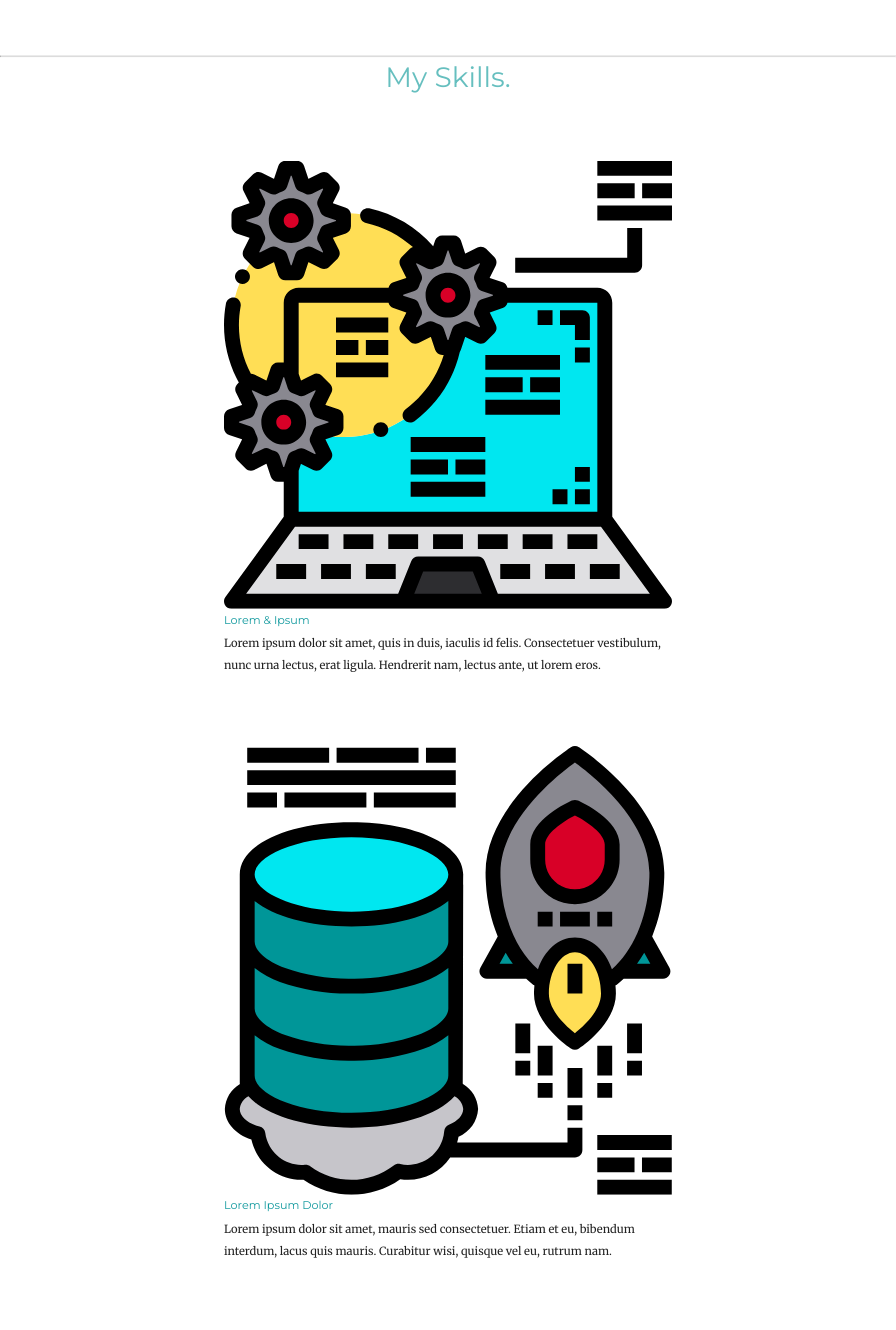
Repository: Isanderr/simple_landing_page-1
Page: index.html
These files come from the project's save history. The page is drawn as it stood at one moment and after the next save; the edit follows.
The browser window is 1280 px wide. The pictures show the part of the page from y = 914 to 2814 px (the page is 2949 px tall before and 2309 px after), at 70% of full size.
A picture or video elsewhere on the page could not be fetched, so the positions and the page height are approximate.

Above is the page before, as saved 2019-01-31 22:51:47.

### index.html
<!DOCTYPE html>
<html lang="en">

    <head>
        <meta charset="UTF-8">
        <meta name="viewport" content="width=device-width, initial-scale=1.0">
        <meta http-equiv="X-UA-Compatible" content="ie=edge">
        <title>CendrowskiL</title>
        <link rel="stylesheet" href="css/reset.css">
        <link rel="stylesheet" href="css/styles.css">
        <link rel="shortcut icon" href="img/favicon.ico" type="image/x-icon">
        <link href="https://fonts.googleapis.com/css?family=Merriweather|Montserrat|Sacramento" rel="stylesheet">
    </head>

    <body>
    </body>
    <div class="top-container">
        <img class="top-cloud" src="img/cloud.png" alt="cloud-image">
        <h1>I'm Luke</h1>
        <h2>a <span class="pro">pro</span>grammer.</h2>
        <img class="bottom-cloud" src="img/cloud.png" alt="cloud-image">
        <img src="img/mountain.png" alt="mountain-image">
    </div>
    <div class="middle-container">
        <div class="profile">
            <img src="img/man.svg" alt="man" class="man-img">
            <h2>Hello.</h2>
            <p>Lorem ipsum dolor sit amet, vitae volutpat, dui conubia, dolor urna. Non auctor, montes nulla
                distinctio.</p>
        </div>
        <hr>
        <div class="skills">
            <h2>My Skills.</h2>
            <div class="skill-row">
                <img class="" src="img/optimize.svg" class="computer-img" alt="computer">
                <h3>Lorem & Ipsum</h3>
                <p>Lorem ipsum dolor sit amet, quis in duis, iaculis id felis. Consectetuer vestibulum, nunc urna
                    lectus, erat ligula. Hendrerit nam, lectus ante, ut lorem eros.</p>
            </div>
            <div class="skill-row">
                <img class="" src="img/hosting.svg" class="hosting-img" alt="rocket-databes">
                <h3>Lorem Ipsum Dolor</h3>
                <p>Lorem ipsum dolor sit amet, mauris sed consectetuer. Etiam et eu, bibendum interdum, lacus quis
                    mauris. Curabitur wisi, quisque vel eu, rutrum nam.</p>
            </div>
        </div>
        <hr>
        <div class="contact-me">
            <h2>Get In Touch</h2>
            <h3>Lorem ipsum dolor sit amet, non elit.</h3>
            <p>Lorem ipsum dolor sit amet, in quis, aenean amet. Phasellus sodales, tellus donec dui, ornare erat.</p>
            <a class="btn" href="mailto:name@email.com">CONTACT ME</a>
        </div>
    </div>
    <div class="bottom-container">
        <a class="footer-link" href="https://www.linkedin.com/">LinkedIn</a>
        <a class="footer-link" href="https://twitter.com/">Twitter</a>
        <a class="footer-link" href="https://www.appbrewery.co/">Website</a>
        <p>© 2019 Łukasz Cendrowski.</p>
    </div>
    </body>

</html>

### css/styles.css
/* font-family: 'Merriweather', serif;
font-family: 'Sacramento', cursive;
font-family: 'Montserrat', sans-serif; */

body{
    margin: 0;
    text-align: center;
    font-family: 'Merriweather', serif;
}

h1 {
    color: #66bfbf;
    margin-top: 50px auto 0 auto;
    font-family: 'Sacramento', cursive;
    font-size: 5.625rem;
}
h2 {
    font-size: 2.5rem;
    font-family: 'Montserrat', sans-serif;
    color: #66bfbf;
    font-weight: normal;
}
h3 {
    font-family: 'Montserrat', sans-serif;
    color: #11999E;
}


.top-container {
background-color: #E4f9f5;
position: relative;
padding-top: 100px;
}

.pro {
    text-decoration: underline;
}

.top-cloud{
position: absolute;
right: 300px;
top: 50px;
}
.bottom-cloud {
position: absolute;
left: 300px;
bottom: 300px;
}

.profile {
    width: 50%;
    margin: auto;
    margin: 100px auto 100px auto;
    line-height: 2;
}

.skill-row {
    width: 50%;
    margin: auto;
    margin: 100px auto 100px auto;
    text-align: left;
    line-height: 2;
}

.man-img {
width: 25%;
}

.computer-img {
    width: 10px;
    float: left;
}

.hosting-img {
    width: 25%;
}

Loaded but not shown: css/reset.css (common file)

After the next save:
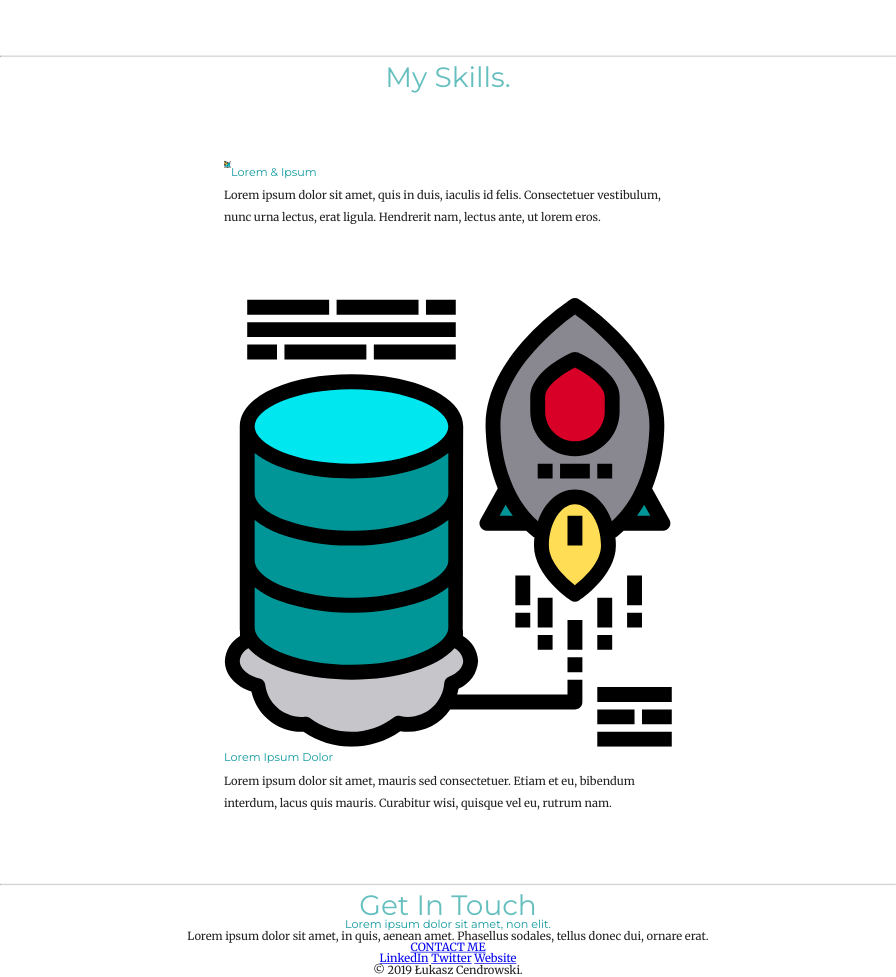
Saved 28 s later.
--- a/index.html
+++ b/index.html
@@ -32,7 +32,7 @@
         <div class="skills">
             <h2>My Skills.</h2>
             <div class="skill-row">
-                <img class="" src="img/optimize.svg" class="computer-img" alt="computer">
+                <img class="computer-img" src="img/optimize.svg" alt="computer">
                 <h3>Lorem & Ipsum</h3>
                 <p>Lorem ipsum dolor sit amet, quis in duis, iaculis id felis. Consectetuer vestibulum, nunc urna
                     lectus, erat ligula. Hendrerit nam, lectus ante, ut lorem eros.</p>
